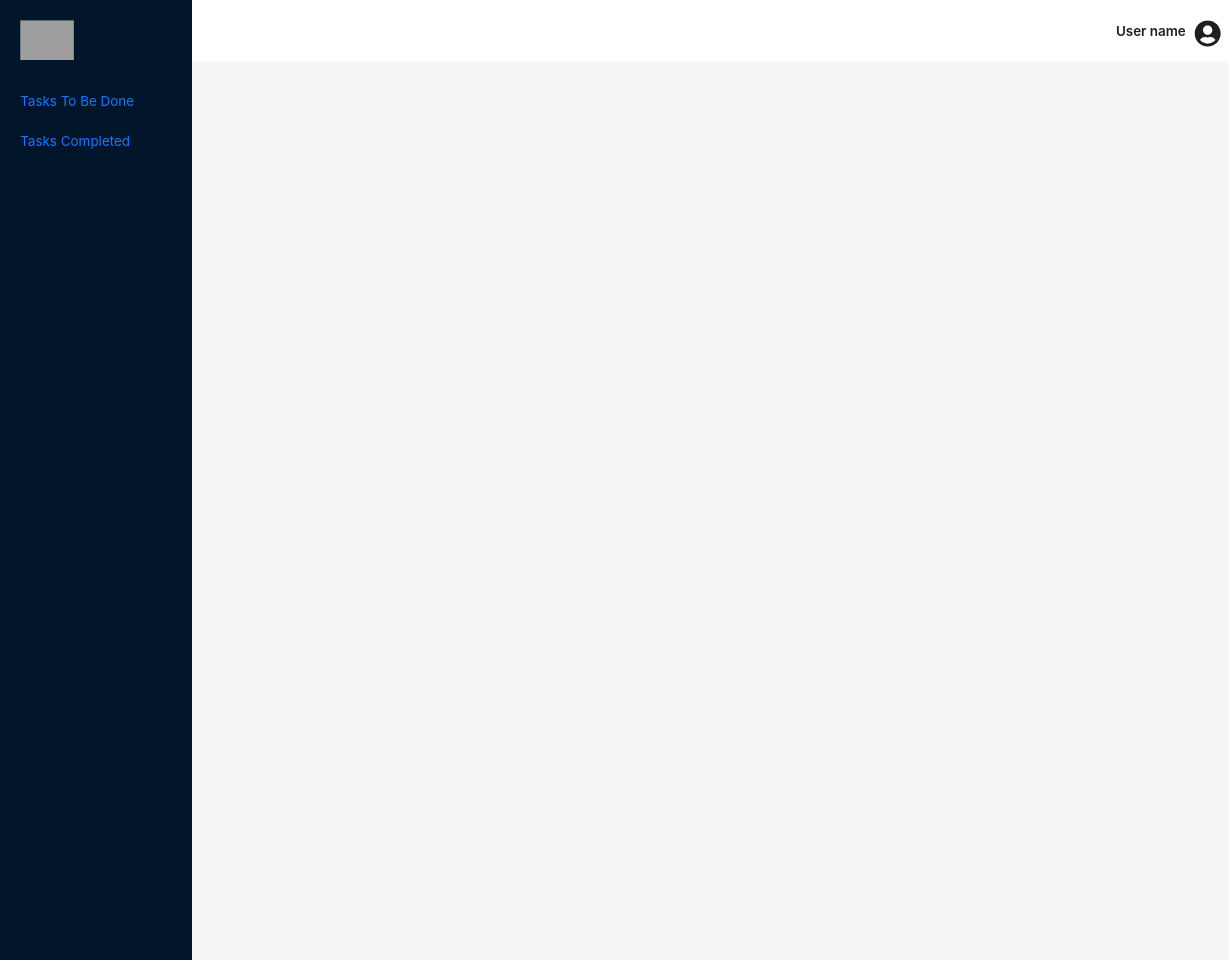
Repository: runner855/todolist_new
Page: /
These files come from the project's save history. The page is drawn as it stood at one moment and after the next save; the edit follows.
The browser window is 1280 px wide. The pictures show the whole page, at 96% of full size.
Pictures or frames that could not be fetched are drawn as grey boxes. The project was rebuilt for these pictures with package versions that can differ from the ones it lists, and the page was loaded fresh each time.

Above is the page before, as saved 2023-03-19 22:17:49.

### src/index.tsx
import React from "react";
import ReactDOM from "react-dom/client";
import "./index.css";
import { App } from "./App";
import { BrowserRouter } from "react-router-dom";

const root = ReactDOM.createRoot(
  document.getElementById("root") as HTMLElement
);
root.render(
  <React.StrictMode>
    <BrowserRouter>
    <App />
    </BrowserRouter>
  </React.StrictMode>
);

### src/App.tsx
import React from 'react';
import './App.css';
import { NavBar } from './components/NavBar/NavBar';

export const App = () =>{
  return (
    <div className="App">
      <NavBar/>

    </div>
  );
}

### src/components/NavBar/NavBar.tsx
import React from 'react';

import { Layout, Menu, theme } from 'antd';
import { FaUserCircle } from 'react-icons/fa';
import { PagesArray } from '../../Utilities/Utility'
import "../NavBar/NavBar.css";
import { NavLink } from 'react-router-dom';

const { Header, Content, Footer, Sider } = Layout;

export const NavBar = () => {

  const {
    token: { colorBgContainer },
  } = theme.useToken();

  return (
      <Layout>
      <Sider
        breakpoint="lg"
        collapsedWidth="0"
        style={{height:1000}}
        onBreakpoint={(broken) => {
          console.log(broken);
        }}
        onCollapse={(collapsed, type) => {
          console.log(collapsed, type);
        }}
      >
        <div className="logo" />
        {/* <Menu
          theme="dark"
          mode="inline"
          items={PagesArray && PagesArray.map(
            (item, index) => ({
              key: index,

              label:  item.label ? <NavLink   to={item.to}>{item.label}</NavLink> :
              <img  className="logo"src={item.image} alt="logo"/>
            })
          )}


        /> */}
      <Menu theme="dark" mode="inline">{PagesArray && PagesArray.map((item, index) => {
        return (
        <ul className='links_container'>
          <li className='item_link'>{item.label ? <NavLink to={item.to}>{item.label}</NavLink>: <img src={item.image} alt="logo"/>}</li>
        </ul>



        )
      })}</Menu>
      </Sider>
      <Layout>
        <Header style={{ padding: 0, background: colorBgContainer }}>
        <div className='avatar_container'>
          <ul className='user'>
            <li className='user_text'>User name</li>
            <li className='user_icon'><FaUserCircle/></li>

          </ul>
          </div>

        </Header>
      </Layout>
    </Layout>
   );
}

### src/Utilities/Utility.tsx
import { TASKS_TO_BE_DONE, TASKS_COMPLETED } from '../Constants/Dictionary';
import { AppUrls } from '../Types/appTypes';
import { LOGO } from '../Constants/Dictionary';
export const PagesArray = [
  {image:LOGO},
  {label: TASKS_TO_BE_DONE, to: AppUrls.TASKS_TO_BE_DONE},
  {label: TASKS_COMPLETED, to: AppUrls.TASKS_COMPLETED},

]

### src/components/NavBar/NavBar.css
#components-layout-demo-responsive .logo {
  height: 32px;
  margin: 16px;
  background: rgba(255, 255, 255, 0.2);
}

li {
  list-style-type: none;
}

.user {
  display: flex;
  flex-direction: row;
  justify-content: right;
}

.user_icon {
  font-size: 2em;
  margin-right: 0.1em;
  margin: 0em 0.3em 0em 0.3em;
  line-height: 1.8;
}

.user_text {
  line-height: 2.7;
  font-weight: 600;
}

img {
  height: 3em;
}

.links_container {
  display: flex;
  flex: column;
}

.item_link {
  margin: 1.5em;
}

a:active {
  border-left: solid red 2px;
}

### src/Constants/Dictionary.ts
export const TASKS_TO_BE_DONE = "Tasks To Be Done";
export const TASKS_COMPLETED = "Tasks Completed"
export const LOGO = "https://pbs.twimg.com/profile_images/964093705748729856/nzx2mHKW_400x400.jpg";

### src/Types/appTypes.tsx

export enum AppUrls {
  TASKS_TO_BE_DONE = `/tasks_to_be_done`,
  TASKS_COMPLETED = "/tasks_copleted",

}

export enum LanguageEnum {
  EN = "en",
}

Loaded but not shown: public/index.html (common file); src/index.css (common file); src/App.css (common file)

After the next save:
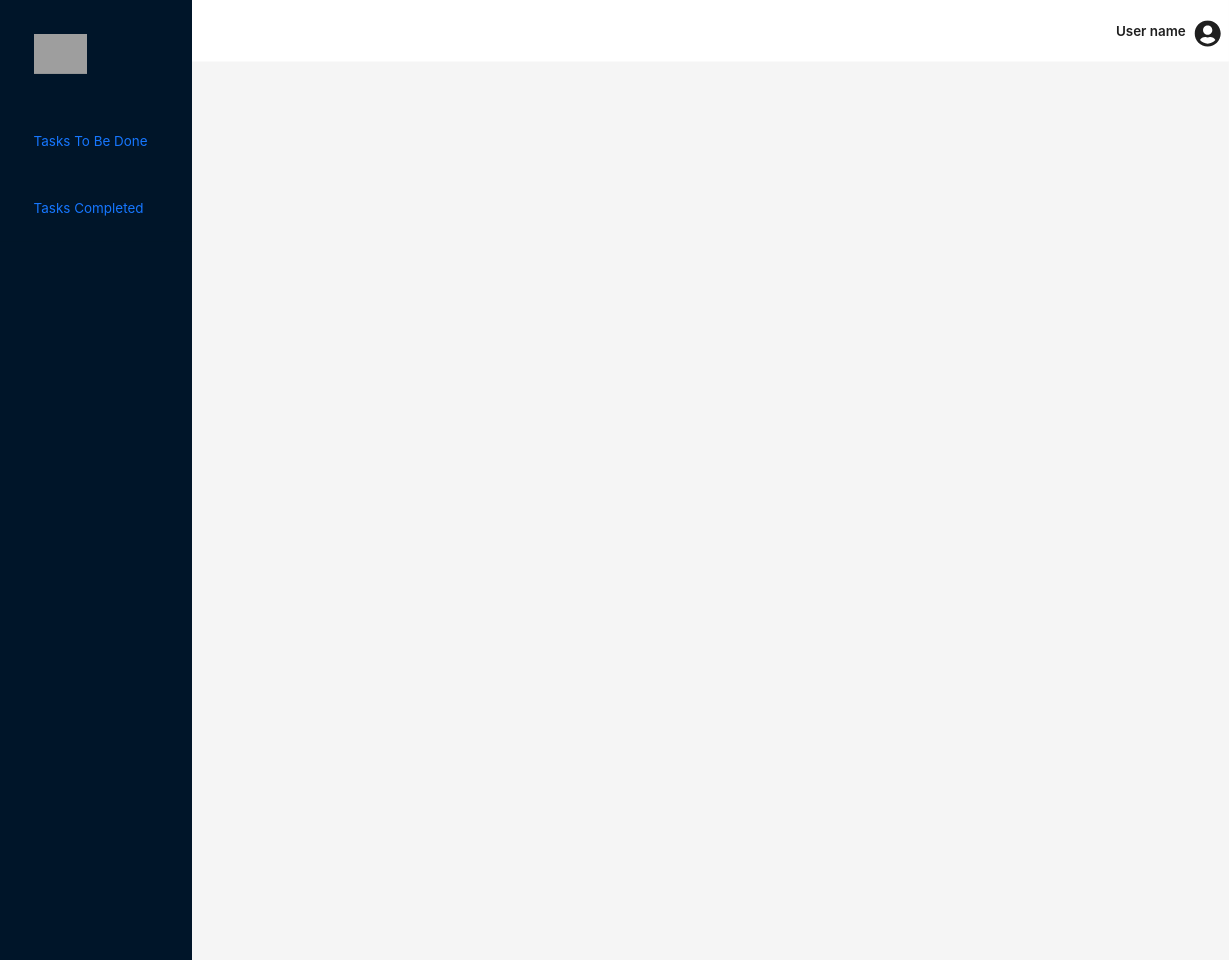
Saved 14 s later.
--- a/src/components/NavBar/NavBar.css
+++ b/src/components/NavBar/NavBar.css
@@ -36,7 +36,7 @@ img {
 }
 
 .item_link {
-  margin: 1.5em;
+  margin: 2.5em;
 }
 
 a:active {
